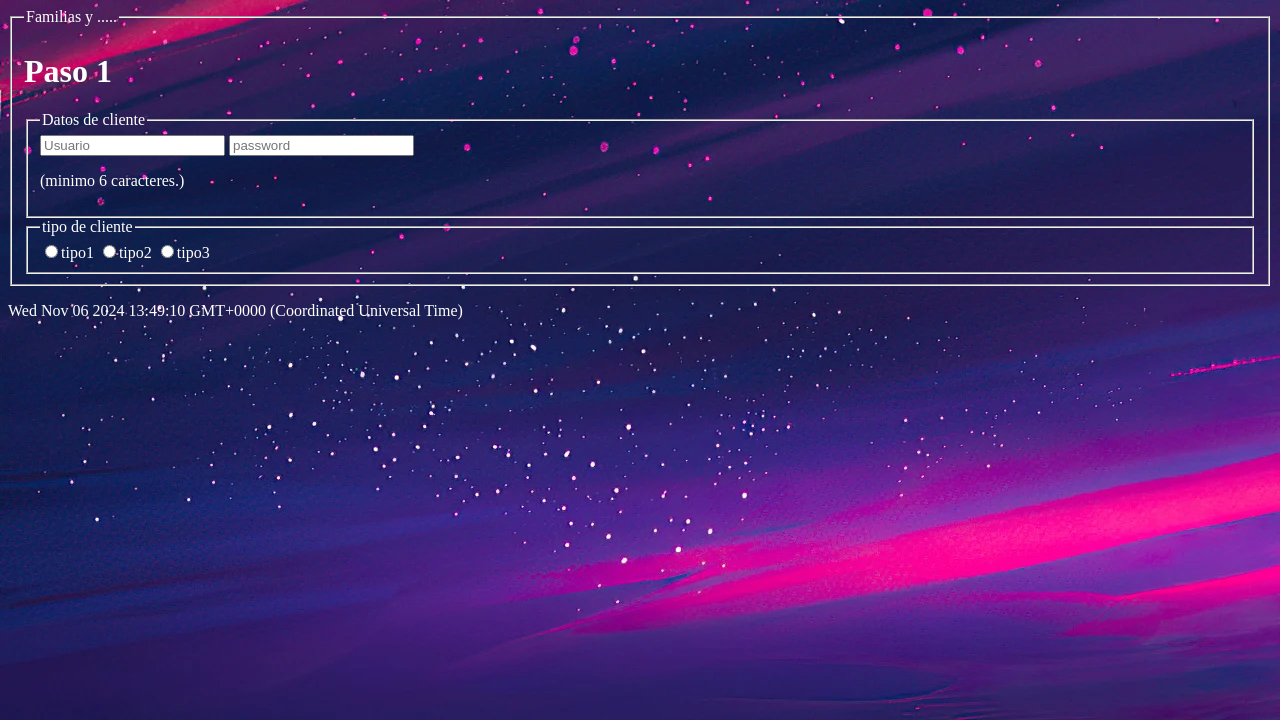
Repository: demoniers/clase
Page: lenguajes/html2/ej11/src/index.html
The author's editor kept a copy of each file at every save. The page is drawn from the files as they stood at one save, then again after the next save.
The browser window is 1280 px wide. The pictures show the whole page.

Above is the page before, as saved 2024-11-18 13:05:59.

### lenguajes/html2/ej11/src/index.html
<!DOCTYPE html>
<html>
  <head>
    <base href="../img/">
    <title>Hojas de Estilo</title>
    <link rel="icon" type="image/x-icon" href="../img/icon.ico">
    <link rel="stylesheet" href="../style/style.css" />
    <meta name="author" content="Diego" />
    <meta name="description" content="Esto es una web" />
    <!---meta http-equiv="refresh" content="60; URL=http://www.google.com/" /> -->
  </head>

  <body>
    <div id="container">
      <fieldset>
        <legend>Familias y ..... </legend>
        <h1>Paso 1</h1>
        <fieldset class="75">
          <legend>Datos de cliente</legend>
          <input type="text" name="user" id="user" placeholder="Usuario">
          <input type="password" name="password" id="password" placeholder="password">
          <p>(minimo 6 caracteres.)</p>
        </fieldset>
        <fieldset class="25">
          <legend>tipo de cliente</legend>
          <input type="radio" name="tipo" id="tipo">tipo1
          <input type="radio" name="tipo" id="tipo">tipo2
          <input type="radio" name="tipo" id="tipo">tipo3
        </fieldset>
      </fieldset>
    </div>
    <p id="fh"></p>
  </body>
  <script>
    fecha = document.getElementById("fh");
    f = new Date();
    fecha.innerHTML = f;
</script>
</html>

### lenguajes/html2/ej11/style/style.css
        /* Estilo que aplica al cuerpo de la página */
        body {
            background-color: #ae58bb;
            background-image: url(../img/fondo.jpg);
            color: white;
        }

After the next save:
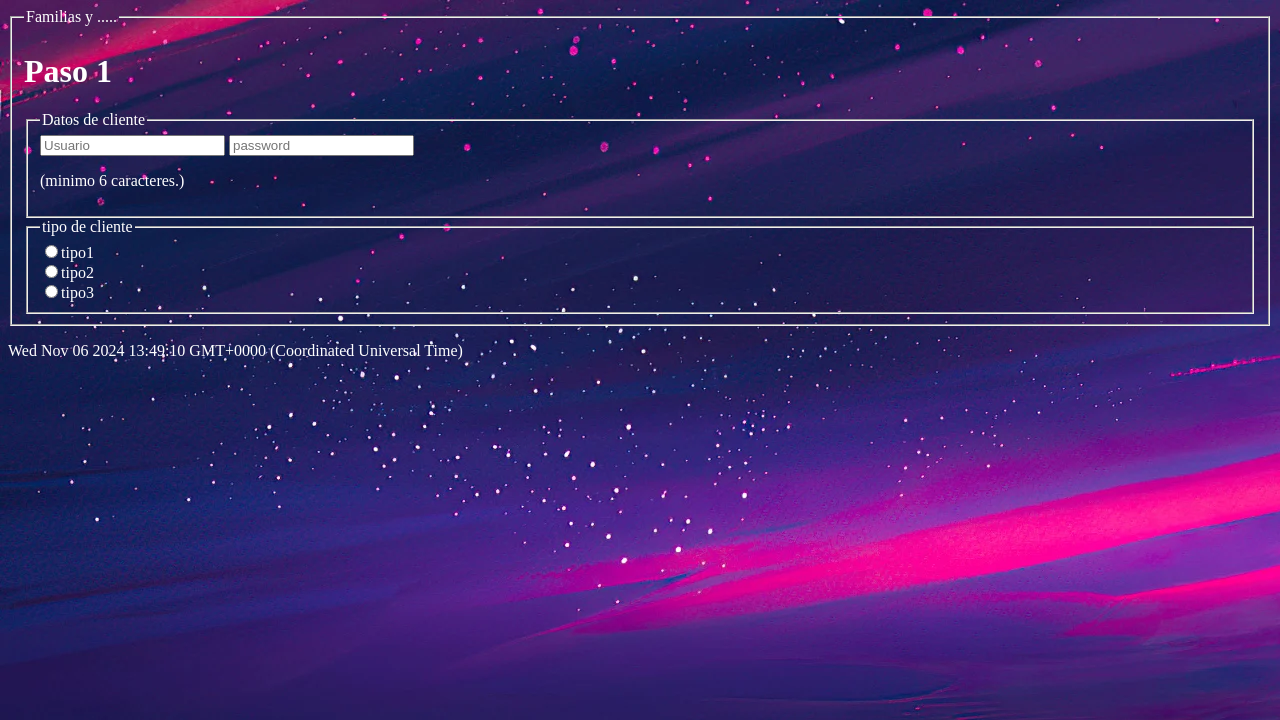
Saved 10 s later.
--- a/lenguajes/html2/ej11/src/index.html
+++ b/lenguajes/html2/ej11/src/index.html
@@ -23,9 +23,9 @@
         </fieldset>
         <fieldset class="25">
           <legend>tipo de cliente</legend>
-          <input type="radio" name="tipo" id="tipo">tipo1
-          <input type="radio" name="tipo" id="tipo">tipo2
-          <input type="radio" name="tipo" id="tipo">tipo3
+          <input type="radio" name="tipo" id="tipo">tipo1<br>
+          <input type="radio" name="tipo" id="tipo">tipo2<br>
+          <input type="radio" name="tipo" id="tipo">tipo3<br>
         </fieldset>
       </fieldset>
     </div>
